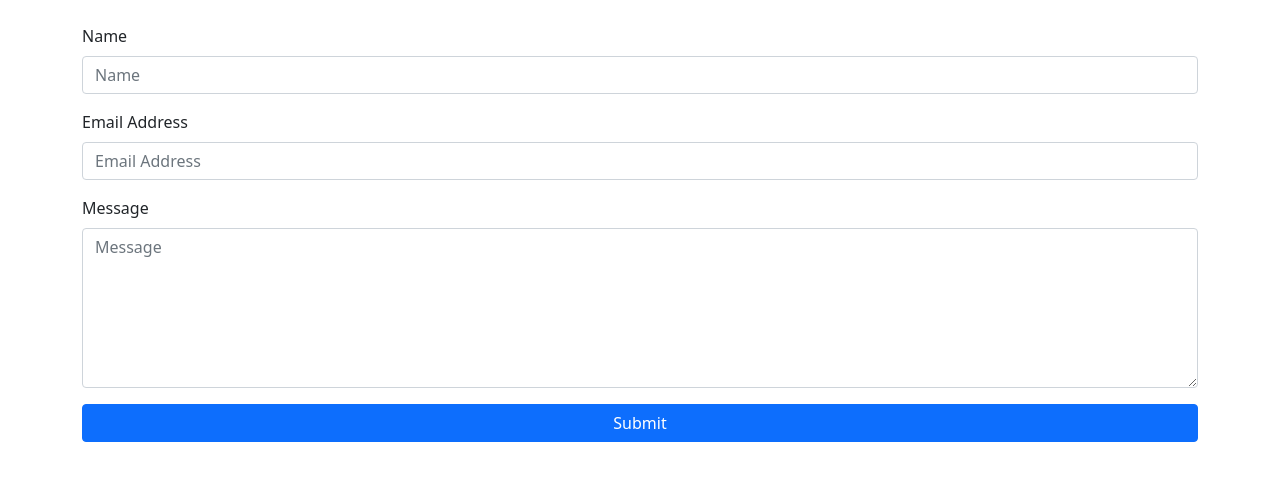
Repository: ahamie71/myfolio
Page: http://localhost/contact.php
The author's editor kept a copy of each file at every save. The page is drawn from the files as they stood at one save, then again after a run of saves.
The browser window is 1280 px wide. The pictures show the whole page.
The page is run by PHP 8.4 with error messages shown; the project is at /var/www/html/.

Above is the page before, as saved 2023-01-11 15:50:42.

After the next 2 saves:
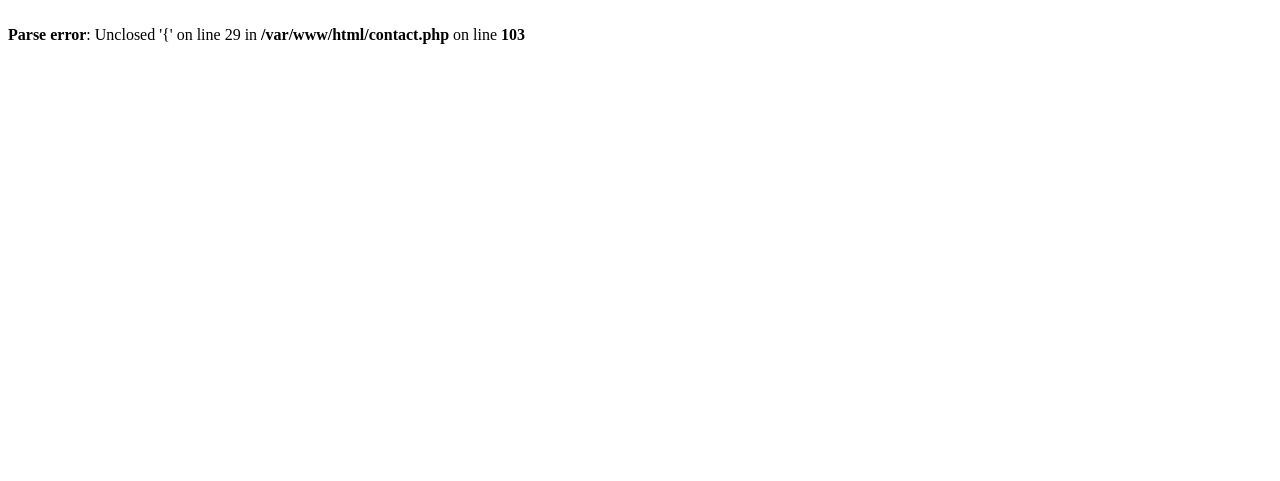
The 2 saves are shown as one change because they came seconds apart.
The last was saved 7 s later.
--- a/contact.php
+++ b/contact.php
@@ -27,10 +27,7 @@ if (isset($_POST['register'])) {
 }
 
   if (isset($_GET['success'])) {
-    echo '<div class="alert alert-danger alert-dismissible fade show" role="alert">
-   <strong>Ohh no Sorry </strong>
-   </div>';
-  }
+
 
 
 
